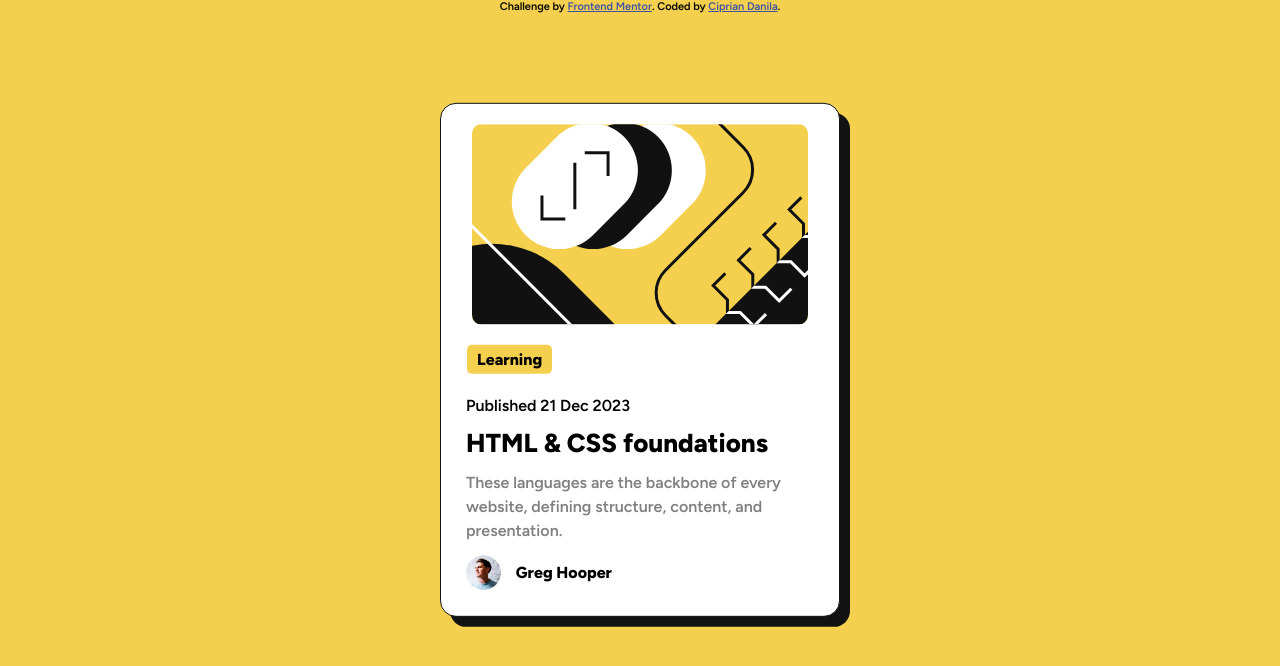
Repository: cipdanila/blog-preview-card
Page: index.html
The author's editor kept a copy of each file at every save. The page is drawn from the files as they stood at one save, then again after the next save.
The browser window is 1280 px wide. The pictures show the whole page.

Above is the page before, as saved 2024-01-26 19:09:08.

### index.html
<!DOCTYPE html>
<html lang="en">
<head>
  <meta charset="UTF-8">
  <meta name="viewport" content="width=device-width, initial-scale=1.0"> <!-- displays site properly based on user's device -->

  <link rel="icon" type="image/png" sizes="32x32" href="./assets/images/favicon-32x32.png">
  <link rel="stylesheet" href="style.css">
  <title>Frontend Mentor | Blog preview card</title>

</head>
<body>
  <main>
    <div class="container">
      <div class="image">
        <img src="./assets/images/illustration-article.svg" alt="illustration article">
      </div>
      <div class="general">
        <div class="learning">
          <p>Learning</p>
        </div>
        <div class="publish">
          <p>Published 21 Dec 2023</p>
        </div>
        <div class="title">
          <h1>HTML & CSS foundations</h1>
        </div>
        <div class="info">
          <p>
            These languages are the backbone of every website, defining structure, content, and presentation.
          </p>
        </div>
        <div class="avatar">
          <img src="./assets/images/image-avatar.webp" alt="avatar">
          <p>Greg Hooper</p>
        </div>
      </div>
    </div>
  </main>

  <footer>
    <div class="attribution">
        Challenge by
        <a
            href="https://www.frontendmentor.io/challenges/blog-preview-card-ckPaj01IcS"
            target="_blank"
            rel="noopener noreferer"
            >Frontend Mentor</a
        >. Coded by <a href="https://github.com/cipdanila" target="_blank" rel="noopener noreferer">Ciprian Danila</a>.
    </div>
</footer>
</body>
</html>

### style.css
@import url('https://fonts.googleapis.com/css2?family=Figtree:wght@600;800&display=swap');

:root {
    /* Colors */
    /* Primary */
    --yellow: hsl(47, 88%, 63%);

    /* Neutral */
    --white: hsl(0, 0%, 100%);
    --grey: hsl(0, 0%, 50%);
    --black: hsl(0, 0%, 7%);
}

* {
    margin: 0;
    padding: 0;
    box-sizing: border-box;
}

body {
    display: flex;
    flex-direction: column;
    font-family: 'Figtree', sans-serif;
    font-size: 16px;
    font-weight: 600;
    background-color: var(--yellow);
}

.container {
    min-width: 400px;
    width: 30%;
    margin: auto;
    padding: 1.25rem 0.625rem;
    border-radius: 1rem;
    border: 1px solid var(--black);
    box-shadow: 10px 10px var(--black);
    display: flex;
    flex-direction: column;
    align-items: center;
    background-color: var(--white);
    position: absolute;
    top: 50%;
    left: 50%;
    transform: translate(-50%, -50%);
}

.image img {
    border-radius: 0.625rem;
}

.general {
    display: flex;
    flex-direction: column;
    align-self: start;
}

.learning {
    width: fit-content;
    background-color: var(--yellow);
    margin: 1rem;
    padding: 5px 10px;
    border-radius: 5px;
    font-weight: 800;
}

.publish, .title, .info {
    width: auto;
    margin: 5px;
    padding: 1px 10px;
}

.title h1 {
    font-weight: 800;
    font-size: 1.625rem;
}

.info p {
    color: var(--grey);
    line-height: 1.5;
    font-weight: 100;
}

.avatar {
    width: auto;
    display: flex;
    align-items: center;
    margin: 5px;
    padding: 1px 10px;
}

.avatar img {
    width: 10%;
}

.avatar p {
    display: inline-block;
    margin: 5px;
    padding: 1px 10px;
    font-weight: 800;
}

.attribution {
    font-size: 11px;
    text-align: center;
}
.attribution a {
    color: hsl(228, 45%, 44%);
}

/* @media (max-width: 576px) {
    .container {
        max-width: 100%;
    }
}

@media (min-width: 1440px) {
    .container {
        max-width: 1200px;
    }
} */

After the next save:
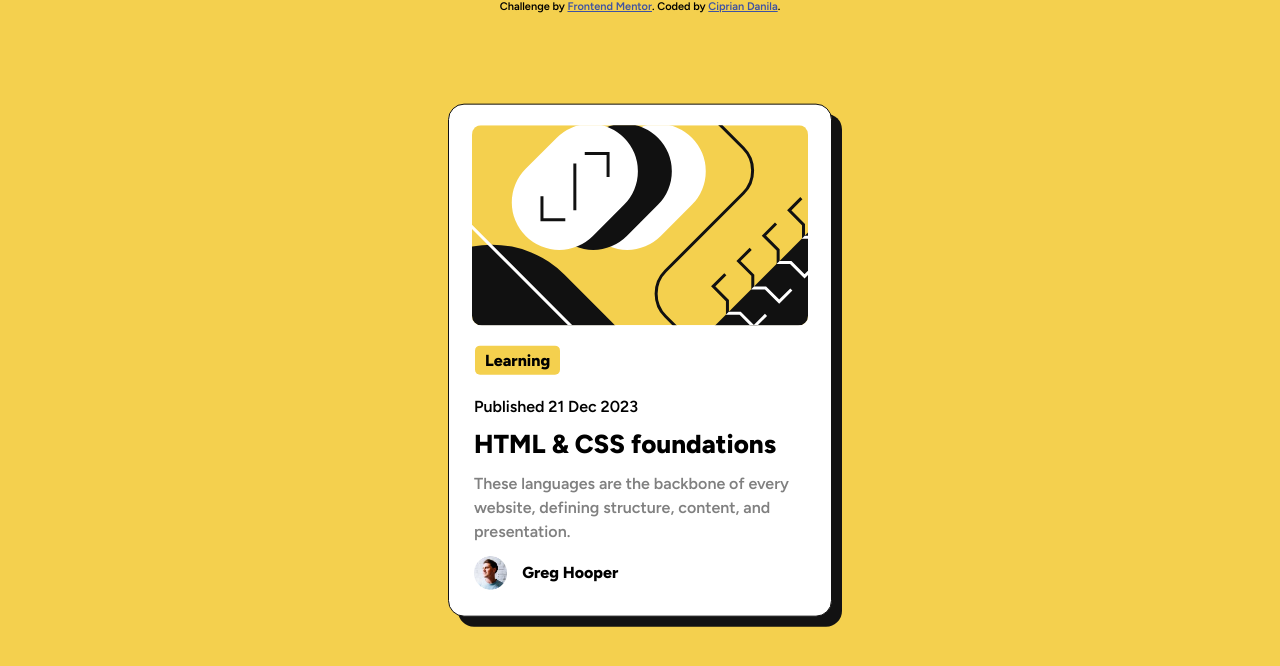
Saved 16 s later.
--- a/style.css
+++ b/style.css
@@ -27,7 +27,7 @@
 }
 
 .container {
-    min-width: 400px;
+    max-width: 400px;
     width: 30%;
     margin: auto;
     padding: 1.25rem 0.625rem;
